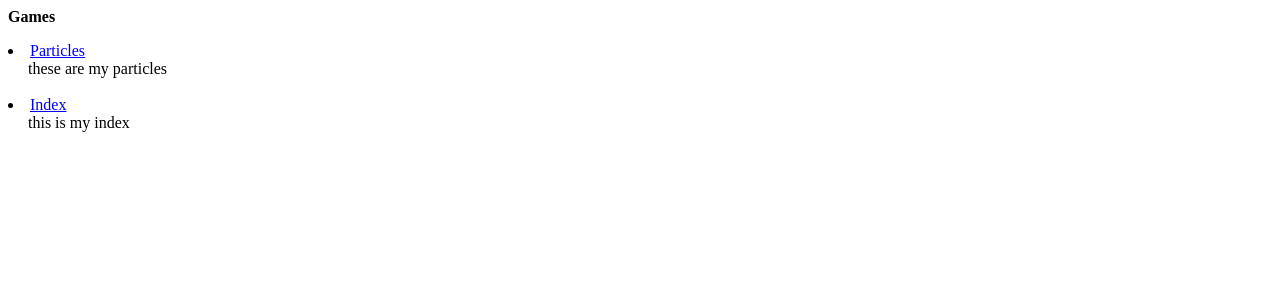
Repository: StevenZsombo/games
Page: docs/index.html
An editor plug-in stored every save of this project. The page is shown before and after the next save, followed by the edit.
The browser window is 1280 px wide. The pictures show the whole page.

Above is the page before, as saved 2025-07-03 10:35:39.

After the next save:
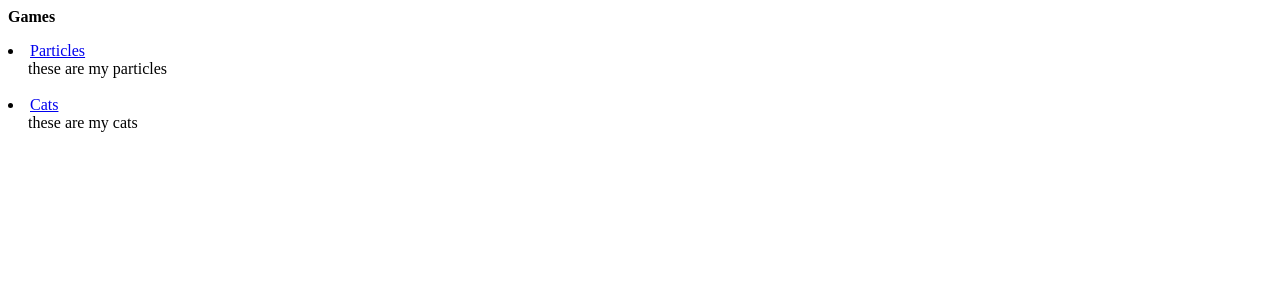
Saved 10 min 50 s later.
--- a/docs/index.html
+++ b/docs/index.html
@@ -11,7 +11,7 @@
 <script>
     const files = {
         Particles: "these are my particles",
-        Index: "this is my index"
+        Cats: "these are my cats"
     }
     //will append "particles.html" with the given text
 
